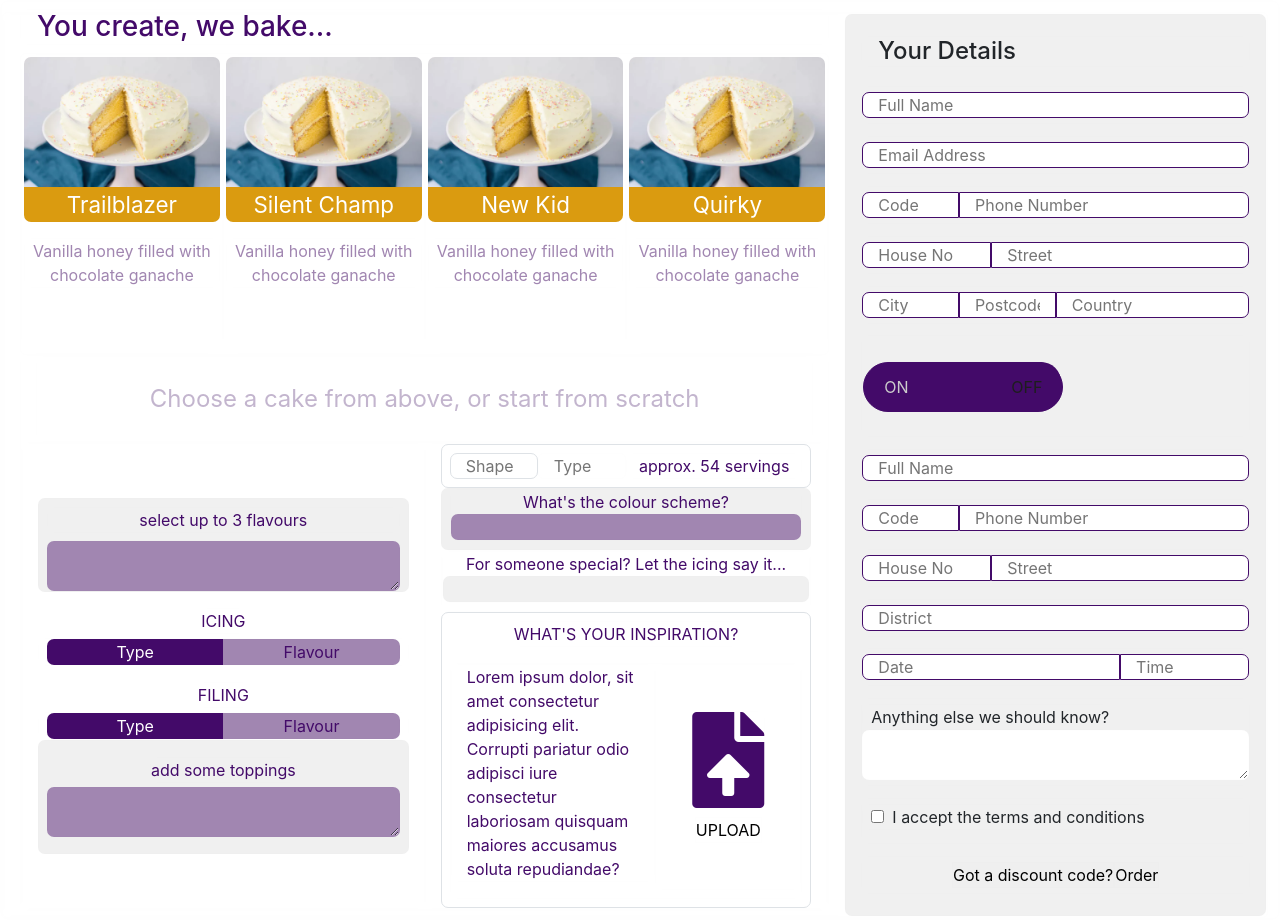
Repository: I-Alpha/BakeryOrderForm
Page: Order-Page.html
The author's editor kept a copy of each file at every save. The page is drawn from the files as they stood at one save, then again after the next save.
The browser window is 1280 px wide. The pictures show the whole page.

Above is the page before, as saved 2020-12-29 05:06:20.

### Order-Page.html
<!DOCTYPE html>
<html lang="en">

<head>
    <meta charset="UTF-8">
    <meta name="viewport" content="width=device-width, initial-scale=1.0">
    <link rel="stylesheet" href="https://use.fontawesome.com/releases/v5.7.0/css/all.css"
        integrity="sha384-lZN37f5QGtY3VHgisS14W3ExzMWZxybE1SJSEsQp9S+oqd12jhcu+A56Ebc1zFSJ" crossorigin="anonymous">
    <link href="https://stackpath.bootstrapcdn.com/bootstrap/4.5.2/css/bootstrap.min.css" rel="stylesheet">
    <script src="https://ajax.googleapis.com/ajax/libs/jquery/3.5.1/jquery.min.js"></script>
    <script src="https://stackpath.bootstrapcdn.com/bootstrap/4.5.2/js/bootstrap.bundle.min.js"></script>
    <title>Document</title>
    <style>
        :root {
            --primary-font: 1.6rem;
            --cake-font-size: 1.4rem;
            --secondary-font: 1rem;
            --primary-colour: #430a69ff;
            --secondary-colour: #a186b1ff;
            --text-faded: #c3b5ce;
            --background-faded: rgb(240, 240, 240);
        }

        * {
            border: 1px solid rgba(0, 0, 0, 0.002);
            border-radius: 7px;
            box-sizing: border-box;
            margin: 0;
            padding: 0;
        }

        html {
            font-size: 1rem;
        }

        html,
        body,
        .container-fluid {
            width: 100%;
            background-color: white;
        }

        body span.switcher {
            position: relative;
            width: 200px;
            height: 50px;
            border-radius: 25px;
            margin: 20px 0;
        }

        body span.switcher input {
            -webkit-appearance: none;
            -moz-appearance: none;
            appearance: none;
            position: relative;
            width: 200px;
            height: 50px;
            border-radius: 25px;
        }

        body span.switcher input:before,
        body span.switcher input:after {
            z-index: 2;
            position: absolute;
            top: 50%;
            transform: translateY(-50%);
            color: #FFFFFF;
        }

        body span.switcher input:before {
            content: "ON";
            left: 20px;
        }

        body span.switcher input:after {
            content: "OFF";
            right: 20px;
        }

        body span.switcher label {
            z-index: 1;
            position: absolute;
            top: 0px;
            bottom: 0px;
            border-radius: 20px;
        }

        body span.switcher.switcher-1 input {
            transition: 0.25s -0.1s;

        }

        body span.switcher.switcher-1 input:checked {
            background-color: #FFFFFF;
        }

        body span.switcher.switcher-1 input:checked:before {
            color: #FFFFFF;
            transition: color 0.5s 0.2s;
        }

        body span.switcher.switcher-1 input:checked:after {
            color: #CCCCCC;
            transition: color 0.5s;
        }

        body span.switcher.switcher-1 input:checked+label {
            left: 10px;
            right: 100px;
            background:  white;
            transition: left 0.5s, right 0.4s 0.2s;
        }

        body span.switcher.switcher-1 input:not(:checked) {
            background:  var(--primary-colour);
            transition: background 0.5s -0.1s;
        }

        body span.switcher.switcher-1 input:not(:checked):before {
            color: #CCCCCC;
            transition: color 0.5s;
        }

        body span.switcher.switcher-1 input:not(:checked):after {
            color: #1E1E1E;
            transition: color 0.5s 0.2s;
        }

        body span.switcher.switcher-1 input:not(:checked)+label {
            left: 100px;
            right: 0px;
            top:0;
            background-color: var(--primary-colour);
            height:100%;
            transition: left 0.4s 0.2s, right 0.5s, background 0.35s -0.1s;
        }


        #sec2-label {
            color: var(--text-faded);
            font-size: 1.5rem;

        }

        .purple_font {
            color: #430a69ff;
        }

        .light_purple_font {
            color: #a186b1ff;
        }

        .light_purple_background {
            background-color: #a186b1ff;
        }


        .purple_background {
            background-color: #430a69ff;
        }

        .textfaded {
            color: var(--text-faded);
        }

        .background_faded {
            background-color: var(--background-faded);
        }

        .buttergold {
            background-color: #da9b0eff
        }

        .input-group {}

        .pull-up {
            top: -50%;
        }

        .split-row-1 {
            height: 100%;
        }

        .split-row-2 {
            height: 50%;
        }

        #main_col_1 * {}

        #main_col_1 {}

        #main_col_2 * {}

        #main_col_2 {
            background-color: rgb(240, 240, 240);
            height: auto;
            justify-content: center;
            padding: 5px 5px;
        }

        #main_col_2 div.input-group {
            padding-top: 5px;
            padding-bottom: 5px;
        }

        #main_col_2 input {
            border: 1px solid var(--primary-colour);
        }


        #main_col_1 .input-group,
        #main_col_2 .input-group {}

        .col-8,
        .col-4 {}

        #deliveryBtn.active {
            background-color: var(--primary-colour);
            color: var(--primary-colour);
        }

        #collectionBtn.active {
            background-color: var(--primary-colour);
            color: var(--primary-colour);
        }

        #collectionBtn,
        #deliveryBtn {
            border-radius: 30px;
            border: 1px solid var(--primary-colour);
            display: inline-block;

        }

        #collectionBtn {}

        #deliveryBtn {}


        #deliveryBtn {
            background-color: white;
        }

        #collectionBtn {
            background-color: white;
            border: 1px solid var(--primary-colour);
        }



        #cake-image-container p:nth-child(2) {
            background-color: #da9b10;
            color: white;
            border-top-left-radius: 0;
            border-top-right-radius: 0;
        }

        #cake-image-container {
            padding: 0;
            margin: 0;
        }

        div#cake-image-container p:nth-child(3) {
            color: var(--secondary-colour);
        }

        #cake-image-container>div {
            font-size: var(--secondary-font);
            border-radius: 15px 15px 15px 15px;
            min-height: 100px;
            min-width: 140px;
        }

        .left-curve {
            border-top-right-radius: 0;
            border-bottom-right-radius: 0;
        }

        .right-curve {
            border-top-left-radius: 0;
            border-bottom-left-radius: 0;
        }

        #cake-image-container div * {}

        #cake-image-container div img {
            border-bottom-left-radius: 0;
            border-bottom-right-radius: 0;
            min-height: 120px;
        }

        #cake-image-container p {
            display: flex;
            text-align: center;
            justify-content: center;
            align-items: center;
        }

        p {}

        div.h3 {
            text-align: center;
        }

        .input-group {
            display: flex;
        }

        .switch6 {
            max-width: 17em;
            margin: 0 auto;
        }

        .switch6-light>span,
        .switch-toggle>span {
            color: #000000;
        }

        .switch6-light span span,
        .switch6-light label,
        .switch-toggle span span,
        .switch-toggle label {
            color: #2b2b2b;
        }

        .switch-toggle a,
        .switch6-light span span {
            display: none;
        }

        .switch6-light {
            display: block;
            height: 30px;
            position: relative;
            overflow: visible;
            padding: 0px;
            margin-left: 0px;
        }

        .switch6-light * {
            box-sizing: border-box;
        }

        .switch6-light a {
            display: block;
            transition: all 0.3s ease-out 0s;
        }

        .switch6-light label,
        .switch6-light>span {
            line-height: 30px;
            vertical-align: middle;
        }

        .switch6-light label {
            font-weight: 700;
            margin-bottom: px;
            max-width: 100%;
        }

        .switch6-light input:focus~a,
        .switch6-light input:focus+label {
            outline: 1px dotted rgb(136, 136, 136);
        }

        .switch6-light input {
            position: absolute;
            opacity: 0;
            z-index: 5;
        }

        .switch6-light input:checked~a {
            right: 0%;
        }

        .switch6-light>span {
            position: absolute;
            left: -100px;
            width: 100%;
            margin: 0px;
            padding-right: 100px;
            text-align: left;
        }

        .switch6-light>span span {
            position: absolute;
            top: 0px;
            left: 0px;
            z-index: 5;
            display: block;
            width: 50%;
            margin-left: 100px;
            text-align: center;
        }

        .switch6-light>span span:last-child {
            left: 50%;
        }

        .switch6-light a {
            position: absolute;
            right: 50%;
            top: 0px;
            z-index: 4;
            display: block;
            width: 50%;
            height: 100%;
            padding: 0px;
        }

        /* Extra small devices (portrait phones, less than 576px)
         No media query since this is the default in Bootstrap */

        /* Small devices (landscape phones, 576px and up) */
        @media (min-width: 576px) {
            html {}

            #main_col_1 {
                justify-content: space-around;
                align-items: space-around;
                padding: 15px;
            }

            #main_col_2 {
                padding: 15px;
                max-width: 89%;
            }

            div.h3 {
                width: 100%;
                text-align: start;
            }


            #cake-image-container>div {
                width: 150px;
                font-size: var(--secondary-font);
                border-radius: 15px 15px 15px 15px;
                min-height: 300px;
                padding: 20px 15px 10px 15px;

            }
        }

        /* Medium devices (tablets, 768px and up) */
        @media (min-width: 768px) {

            #main_col_1 {
                min-height: 100vh;
                justify-content: center;
                align-items: center;
            }

            html {}

            body {
                align-items: center;
                justify-content: center;
                padding: 10px 10px 0 0px;
            }

            #cake-image-container p:nth-child(2) {
                background-color: #da9b10;
                font-size: var(--cake-font-size);
                color: white;
                border-top-left-radius: 0;
                border-top-right-radius: 0;
            }

            div.h3 {
                text-align: none;
                margin-top: -10px;
                padding-top: 0px;
            }
        }

        /* Large devices (desktops, 992px and up) */
        @media (min-width: 992px) {
            #cake-image-container>div {
                min-width: 140px;
                padding: 2px;
            }

            #collectionBtn,
            #deliveryBtn {
                border-radius: 30px;
                border: 1px solid var(--primary-colour);
                display: inline-block;
                height: 2rem;
                padding-top: 0;
                line-height: 1rem;
                padding-bottom: 3px;
            }

            #main_col_2 {
                height: 100%;
                align-items: space-around;
                justify-content: space-around;
            }
        }



        /* Extra large devices (large desktops, 1200px and up) */
        @media (min-width: 1200px) {}
    </style>
</head>

<body>
    <div class="container-fluid d-flex">
        <div class="row justify-content-center align-items-start">
            <div id="main_col_1"
                class=" d-flex flex-column col-12 col-sm-12 col-md-12 col-lg-8 purple_font py-1 justify-content-center align-items-center ">
                <div class="h3 w-100 px-3">You create, we bake...</div>
                <div id="cake-image-container"
                    class="row d-flex justify-content-between text-center container-fluid px-0">
                    <div class="d-flex flex-column col-6 col-sm-6 col-md-3 col-lg-3 ">
                        <img src="Assets\baked-yellow-cake.jpg" class="img-fluid" alt="Responsive image">
                        <p>Trailblazer</p>
                        <p>Vanilla honey filled with chocolate ganache</p>
                    </div>
                    <div class="d-flex flex-column col-6 col-sm-6 col-md-3 col-lg-3">
                        <img src="Assets\baked-yellow-cake.jpg" class="img-fluid" alt="Responsive image">
                        <p class="">Silent Champ</p>
                        <p>Vanilla honey filled with chocolate ganache</p>
                    </div>
                    <div class="d-flex flex-column col-6 col-sm-6 col-md-3 col-lg-3">
                        <img src="Assets\baked-yellow-cake.jpg" class="img-fluid" alt="Responsive image">
                        <p>New Kid</p>
                        <p>Vanilla honey filled with chocolate ganache</p>
                    </div>
                    <div class="d-flex flex-column col-6 col-sm-6 col-md-3 col-lg-3">
                        <img src="Assets\baked-yellow-cake.jpg" class="img-fluid" alt="Responsive image">
                        <p>Quirky</p>
                        <p>Vanilla honey filled with chocolate ganache</p>
                    </div>
                </div>
                <div class="col-12 col-sm-12 col-md-12 flex flex-column justify-content-center align-items-center"
                    style="justify-content:center;">
                    <div id="sec2-label" class="py-4 text-center">Choose a cake from above, or start from scratch</div>
                    <div class="row">
                        <div
                            class="col-12 col-sm-12 col-md-6 justify-content-center d-flex flex-column align-items-center">
                            <div class="row d-flex flex-column input-group background_faded px-2 ">
                                <p class="mb-2 mt-2 text-center">select up to 3 flavours</p>
                                <textarea class="w-100 light_purple_background"></textarea>
                            </div>
                            <p class="mb-1 mt-3">ICING</p>
                            <div class="row input-group px-2" style="justify-content:center;">
                                <input class="input col-6 w-100 purple_background text-center left-curve"
                                    style="color:white;" value="Type"><input
                                    class="input col-6 w-100 light_purple_background text-center right-curve"
                                    style="color:var(--primary-colour);" value="Flavour">
                            </div>
                            <p class="mb-1 mt-3">FILING</p>
                            <div class="row input-group px-2" style="justify-content:center;">
                                <input class="input col-6 w-100 purple_background text-center left-curve"
                                    style="color:white;" value="Type"><input
                                    class="input col-6 w-100 light_purple_background text-center right-curve"
                                    style="color:var(--primary-colour);" value="Flavour">
                            </div>
                            <div
                                class="row d-flex flex-column input-group background_faded align-items-center pb-3 px-2">
                                <p class="mb-1 mt-3">add some toppings</p>
                                <textarea class="w-100 light_purple_background"></textarea>
                            </div>
                        </div>
                        <div class="col d-flex flex-column justify-content-between align-items-around">
                            <div class="row-lg-1 input-group d-flex align-items-start justify-content-center border my-0 w-100 pt-2 px-2"
                                style="height:auto">
                                <input class="input w-100 border col-3" placeholder="Shape">
                                <input class="input w-100 col-3 " placeholder="Type">
                                <label
                                    class="col-6 p-0 text-center d-flex w-100 justify-content-center align-items-center">approx.
                                    54 servings</label>
                            </div>
                            <div class="input-group justify-content-center row-lg-3 background_faded px-2">
                                <label class="text-center w-100"> What's the colour scheme?
                                    <input class="input w-100 light_purple_background">
                                </label>
                            </div>
                            <div class="input-group w-100 justify-content-center align-items-around row-lg-3">
                                <label class="text-center w-100 ">For someone special? Let the icing say it...
                                    <input class="input w-100 background_faded">
                                </label>
                            </div>
                            <div class="input-group row-lg-5 d-flex flex-column align-items-center border py-2 px-2">
                                <p class="row-lg-1 ">WHAT'S YOUR INSPIRATION?</p>
                                <div class="row-lg-11 input-group d-flex">
                                    <p class="col-7">Lorem ipsum dolor, sit amet consectetur adipisicing elit.
                                        Corrupti pariatur odio adipisci iure consectetur laboriosam quisquam maiores
                                        accusamus soluta repudiandae?</p>
                                    <label class="col-5 d-flex justify-content-center flex-column align-items-center">
                                        <i class="row fas fa-file-upload" style="font-size: 6rem;"></i>
                                        <button style="background:white" class="row mt-2">UPLOAD</button>
                                    </label>
                                </div>
                            </div>
                        </div>
                    </div>
                </div>
            </div>
            <div id="main_col_2"
                class="col-12 col-sm-12 col-md-12 col-lg-4 d-flex flex-column align-items-center justify-content-around">
                <div class="h4 w-100 px-3">Your Details</div>
                <div class="input-group">
                    <input class="col " placeholder="Full Name">
                </div>
                <div class="input-group">
                    <input class="col" placeholder="Email Address">
                </div>
                <div class="input-group">
                    <input class="col-3 left-curve" placeholder="Code"><input class="col-9 right-curve"
                        placeholder="Phone Number">
                </div>
                <div class="input-group">
                    <input class="col-4 left-curve" placeholder="House No"><input class="col-8 right-curve"
                        placeholder="Street">
                </div>
                <div class="input-group">
                    <input class="col-3 left-curve" placeholder="City">
                    <input class="col-3" style="border-radius: 0%;" placeholder="Postcode">
                    <input class="col-6 right-curve" placeholder="Country">
                </div>
                <div class="input-group d-flex">
                    <span class="switcher switcher-1">
                        <input type="checkbox" id="switcher-1">
                        <label for="switcher-1"></label>
                    </span>
                </div>
                <div class="input-group">
                    <input class="col" placeholder="Full Name">
                </div>
                <div class="input-group">
                    <input class="col-3 left-curve" placeholder="Code"><input class="col-9 right-curve"
                        placeholder="Phone Number">
                </div>
                <div class="input-group">
                    <input class="col-4 left-curve" placeholder="House No"><input class="col-8 right-curve"
                        placeholder="Street">
                </div>
                <div class="input-group">
                    <input class="col" placeholder="District">
                </div>
                <div class="input-group">
                    <input class="col-8 left-curve" placeholder="Date"><input class="col-4 right-curve"
                        placeholder="Time">
                </div>
                <div class="input-group">
                    <p class=" mb-0 pl-2">Anything else we should know?</p>
                    <textarea class="input-fluid   w-100 "></textarea>
                </div>
                <div class="input-group">
                    <label for="tc_Check">
                        <input id="tc_Check" type="checkbox" class="input mx-2">I accept the terms and conditions
                    </label>
                </div>
                <div class="row input-group justify-content-center ">
                    <button>Got a discount code?</button>
                    <button>Order</button>
                </div>
            </div>
        </div>
    </div>
    <script>
        $('.btn-toggle').click(function () {

            $(this).find('.btn').toggleClass('active');

            if ($(this).find('.btn-primary').size() > 0) {
                $(this).find('.btn').toggleClass('btn-primary');
            }
            if ($(this).find('.btn-default').size() > 0) {
                $(this).find('.btn').toggleClass('btn-default');
            }
            if ($(this).find('.btn-success').size() > 0) {
                $(this).find('.btn').toggleClass('btn-success');
            }
            if ($(this).find('.btn-info').size() > 0) {
                $(this).find('.btn').toggleClass('btn-info');
            }
            $(this).find('.btn').toggleClass('btn-default');

        });
    </script>
</body>

</html>

After the next save:
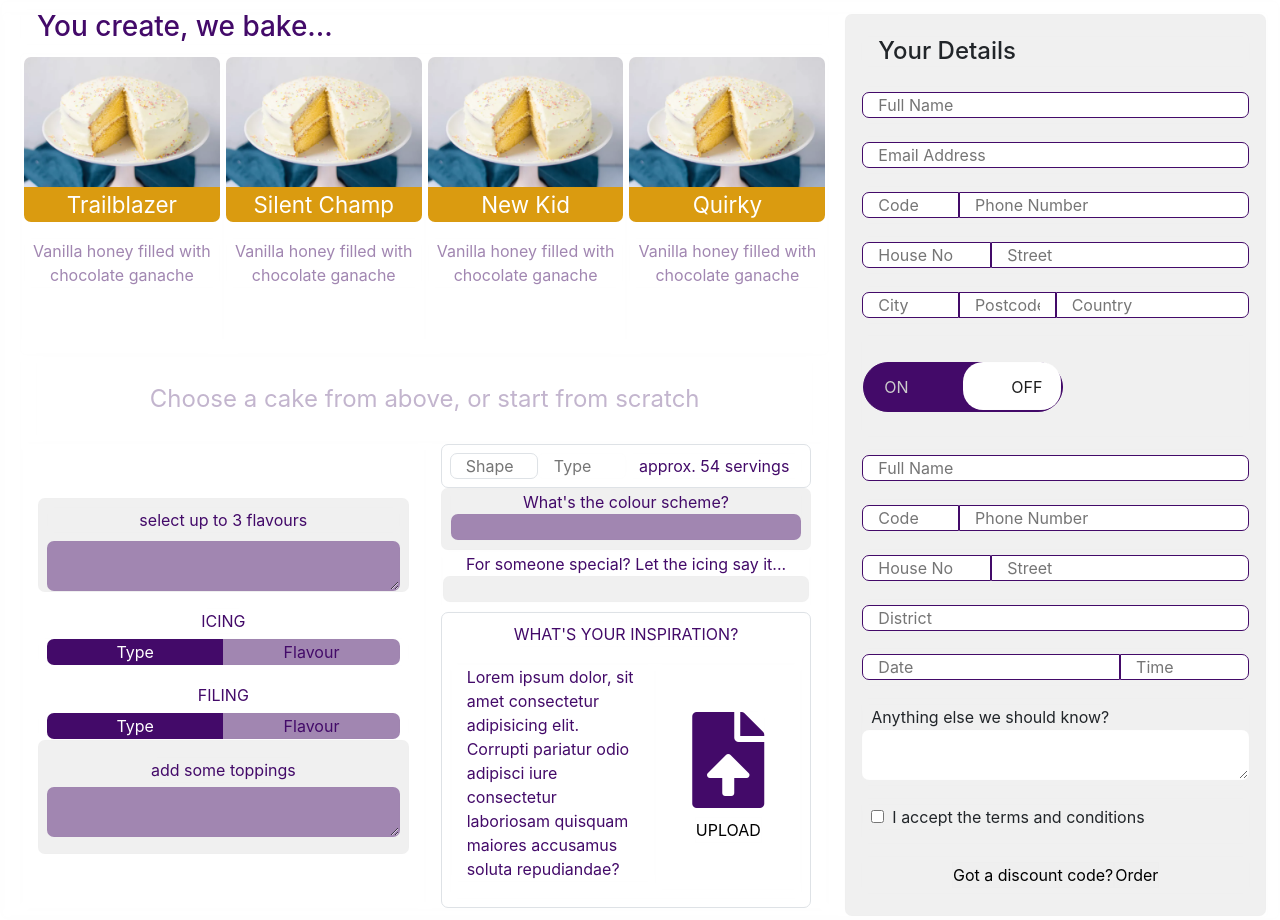
Saved 43 s later.
--- a/Order-Page.html
+++ b/Order-Page.html
@@ -130,7 +130,7 @@
             left: 100px;
             right: 0px;
             top:0;
-            background-color: var(--primary-colour);
+            background-color:white;
             height:100%;
             transition: left 0.4s 0.2s, right 0.5s, background 0.35s -0.1s;
         }
